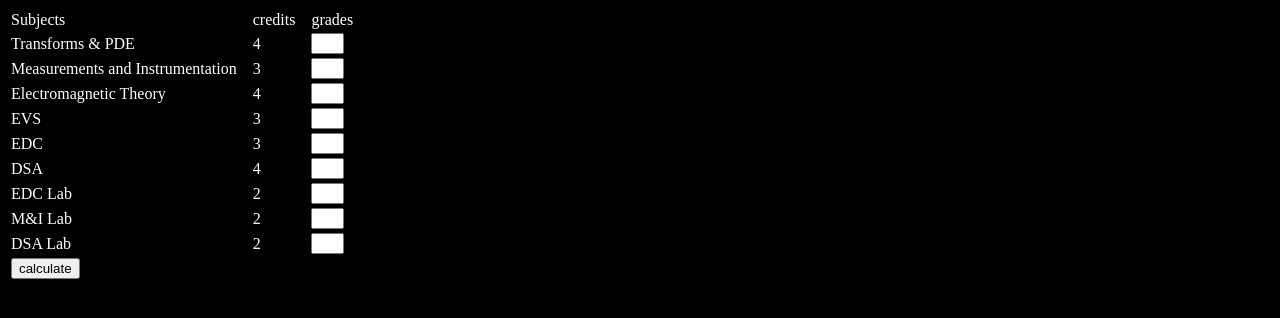
Repository: vigineshs/Mobile-Applications
Page: AnnaUniv GPA Calc/AnnaUniv GPA Calculator Updated/assets/www/eee08sem3.html
The author's editor kept a copy of each file at every save. The page is drawn from the files as they stood at one save, then again after the next save.
The browser window is 1280 px wide. The pictures show the whole page.

Above is the page before, as saved 2012-05-08 11:42:44.

### AnnaUniv GPA Calc/AnnaUniv GPA Calculator Updated/assets/www/eee08sem3.html
<!DOCTYPE HTML>
<html>
<head>
<title>GPA</title>
<script type="text/javascript" charset="utf-8" src="/AnnaUniv GPA Calculator/assets/www/cordova-1.7.0.js"></script>
<script type="text/javascript">
function f()
{
var credits=27;
var t=document.f1.t1.value;
var s1=0;
if(t == "S" || t=="s")
s1 = 10*4;
else if(t == "A" || t=="a")
s1 = 9*4;
else if(t == "B" || t=="b")
s1 = 8*4;
else if(t == "C" || t=="c")
s1 = 7*4;
else if(t == "D" || t=="d")
s1 = 6*4;
else if(t == "E" || t=="e")
s1 = 5*4;
else if(t=="U" || t=="u")
credits-=4;
else
{
window.alert("invalid grade in sub 1");
exit(0);
}

var t=document.f1.t2.value;
if(t == "S" || t=="s")
s1 += 10*3;
else if(t == "A" || t=="a")
s1 += 9*3;
else if(t == "B" || t=="b")
s1 += 8*3;
else if(t == "C" || t=="c")
s1 += 7*3;
else if(t == "D" || t=="d")
s1 += 6*3;
else if(t == "E" || t=="e")
s1 += 5*3;
else if(t=="U" || t=="u")
credits-=3;
else
{
window.alert("invalid grade in sub 2");
exit(0);
}

var t=document.f1.t3.value;
if(t == "S" || t=="s")
s1 += 10*4;
else if(t == "A" || t=="a")
s1 += 9*4;
else if(t == "B" || t=="b")
s1 += 8*4;
else if(t == "C" || t=="c")
s1 += 7*4;
else if(t == "D" || t=="d")
s1 += 6*4;
else if(t == "E" || t=="e")
s1 += 5*4;
else if(t=="U" || t=="u")
credits-=4;
else
{
window.alert("invalid grade in sub 3");
exit(0);
}

var t=document.f1.t4.value;
if(t == "S" || t=="s")
s1 += 10*3;
else if(t == "A" || t=="a")
s1 += 9*3;
else if(t == "B" || t=="b")
s1 += 8*3;
else if(t == "C" || t=="c")
s1 += 7*3;
else if(t == "D" || t=="d")
s1 += 6*3;
else if(t == "E" || t=="e")
s1 += 5*3;
else if(t=="U" || t=="u")
credits-=3;
else
{
window.alert("invalid grade in sub 4");
exit(0);
}

var t=document.f1.t5.value;
if(t == "S" || t=="s")
s1 += 10*3;
else if(t == "A" || t=="a")
s1 += 9*3;
else if(t == "B" || t=="b")
s1 += 8*3;
else if(t == "C" || t=="c")
s1 += 7*3;
else if(t == "D" || t=="d")
s1 += 6*3;
else if(t == "E" || t=="e")
s1 += 5*3;
else if(t=="U" || t=="u")
credits-=3;
else
{
window.alert("invalid grade in sub 5");
exit(0);
}

var t=document.f1.t6.value;
if(t == "S" || t=="s")
s1 += 10*4;
else if(t == "A" || t=="a")
s1 += 9*4;
else if(t == "B" || t=="b")
s1 += 8*4;
else if(t == "C" || t=="c")
s1 += 7*4;
else if(t == "D" || t=="d")
s1 += 6*4;
else if(t == "E" || t=="e")
s1 += 5*4;
else if(t=="U" || t=="u")
credits-=4;
else
{
window.alert("invalid grade in sub 6");
exit(0);
}

var t=document.f1.t7.value;
if(t == "S" || t=="s")
s1 += 10*2;
else if(t == "A" || t=="a")
s1 += 9*2;
else if(t == "B" || t=="b")
s1 += 8*2;
else if(t == "C" || t=="c")
s1 += 7*2;
else if(t == "D" || t=="d")
s1 += 6*2;
else if(t == "E" || t=="e")
s1 += 5*2;
else if(t=="U" || t=="u")
credits-=2;
else
{
window.alert("invalid grade in sub 7");
exit(0);
}

var t=document.f1.t8.value;
if(t == "S" || t=="s")
s1 += 10*2;
else if(t == "A" || t=="a")
s1 += 9*2;
else if(t == "B" || t=="b")
s1 += 8*2;
else if(t == "C" || t=="c")
s1 += 7*2;
else if(t == "D" || t=="d")
s1 += 6*2;
else if(t == "E" || t=="e")
s1 += 5*2;
else if(t=="U" || t=="u")
credits-=2;
else
{
window.alert("invalid grade in sub 8");
exit(0);
}

var t=document.f1.t9.value;
if(t == "S" || t=="s")
s1 += 10*2;
else if(t == "A" || t=="a")
s1 += 9*2;
else if(t == "B" || t=="b")
s1 += 8*2;
else if(t == "C" || t=="c")
s1 += 7*2;
else if(t == "D" || t=="d")
s1 += 6*2;
else if(t == "E" || t=="e")
s1 += 5*2;
else if(t=="U" || t=="u")
credits-=2;
else
{
window.alert("invalid grade in sub 9");
exit(0);
}

if(credits==27)
{
window.alert("Congrats!\n"+g);
}
else
window.alert(g);

}
</script>

</head>
<body style="background-color:black; color:white" >
<form name="f1">
<table>
<tr><td>Subjects</td><td>&nbsp;&nbsp;&nbsp;credits</td><td>&nbsp;&nbsp;&nbsp;grades</td>
<tr>
<td>
Transforms & PDE</td><td>&nbsp;&nbsp;&nbsp;4</td> <td>&nbsp;&nbsp;&nbsp;<input type="text" size="1" name="t1" /></td></tr>
<tr><td>Measurements and Instrumentation</td><td>&nbsp;&nbsp;&nbsp;3</td> <td>&nbsp;&nbsp;&nbsp;<input type="text" size="1" name="t2" /></td></tr>
<tr><td>Electromagnetic Theory</td><td>&nbsp;&nbsp;&nbsp;4</td><td>&nbsp;&nbsp;&nbsp;<input type="text" size="1" name="t3" /></td></tr>
<tr><td>EVS</td> <td>&nbsp;&nbsp;&nbsp;3</td><td>&nbsp;&nbsp;&nbsp;<input type="text" size="1" name="t4" /></td></tr>
<tr><td>EDC</td><td>&nbsp;&nbsp;&nbsp;3</td> <td>&nbsp;&nbsp;&nbsp;<input type="text" size="1" name="t5" /></td></tr>
<tr><td>DSA</td> <td>&nbsp;&nbsp;&nbsp;4</td><td>&nbsp;&nbsp;&nbsp;<input type="text" size="1" name="t6" /></td></tr>
<tr><td>EDC Lab</td><td>&nbsp;&nbsp;&nbsp;2</td> <td>&nbsp;&nbsp;&nbsp;<input type="text" size="1" name="t7" /></td></tr>
<tr><td>M&I Lab </td><td>&nbsp;&nbsp;&nbsp;2</td> <td>&nbsp;&nbsp;&nbsp;<input type="text" size="1" name="t8" /></td></tr>
<tr><td>  DSA Lab</td><td>&nbsp;&nbsp;&nbsp;2</td> <td>&nbsp;&nbsp;&nbsp;<input type="text" size="1" name="t9" /></td></tr>
<tr colspan="2"><td><input type="submit" onclick="f();" value="calculate" /></td></tr>

</table>
</form>
</body>
</html>

Loaded but not shown: AnnaUniv GPA Calc/AnnaUniv GPA Calculator Updated/assets/www/cordova-1.7.0.js (library)

After the next save:
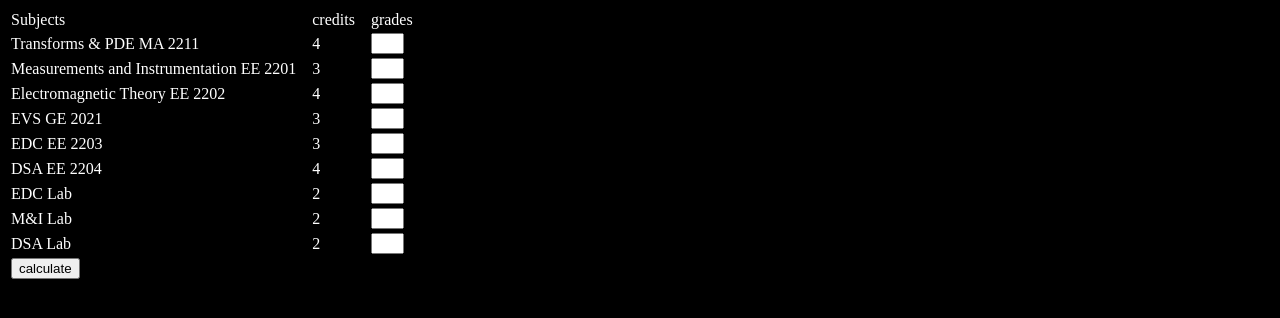
Saved 71 s later.
--- a/AnnaUniv GPA Calc/AnnaUniv GPA Calculator Updated/assets/www/eee08sem3.html
+++ b/AnnaUniv GPA Calc/AnnaUniv GPA Calculator Updated/assets/www/eee08sem3.html
@@ -214,12 +214,12 @@ window.alert(g);
 <tr><td>Subjects</td><td>&nbsp;&nbsp;&nbsp;credits</td><td>&nbsp;&nbsp;&nbsp;grades</td>
 <tr>
 <td>
-Transforms & PDE</td><td>&nbsp;&nbsp;&nbsp;4</td> <td>&nbsp;&nbsp;&nbsp;<input type="text" size="1" name="t1" /></td></tr>
-<tr><td>Measurements and Instrumentation</td><td>&nbsp;&nbsp;&nbsp;3</td> <td>&nbsp;&nbsp;&nbsp;<input type="text" size="1" name="t2" /></td></tr>
-<tr><td>Electromagnetic Theory</td><td>&nbsp;&nbsp;&nbsp;4</td><td>&nbsp;&nbsp;&nbsp;<input type="text" size="1" name="t3" /></td></tr>
-<tr><td>EVS</td> <td>&nbsp;&nbsp;&nbsp;3</td><td>&nbsp;&nbsp;&nbsp;<input type="text" size="1" name="t4" /></td></tr>
-<tr><td>EDC</td><td>&nbsp;&nbsp;&nbsp;3</td> <td>&nbsp;&nbsp;&nbsp;<input type="text" size="1" name="t5" /></td></tr>
-<tr><td>DSA</td> <td>&nbsp;&nbsp;&nbsp;4</td><td>&nbsp;&nbsp;&nbsp;<input type="text" size="1" name="t6" /></td></tr>
+Transforms & PDE MA 2211</td><td>&nbsp;&nbsp;&nbsp;4</td> <td>&nbsp;&nbsp;&nbsp;<input type="text" size="1" name="t1" /></td></tr>
+<tr><td>Measurements and Instrumentation EE 2201</td><td>&nbsp;&nbsp;&nbsp;3</td> <td>&nbsp;&nbsp;&nbsp;<input type="text" size="1" name="t2" /></td></tr>
+<tr><td>Electromagnetic Theory EE 2202</td><td>&nbsp;&nbsp;&nbsp;4</td><td>&nbsp;&nbsp;&nbsp;<input type="text" size="1" name="t3" /></td></tr>
+<tr><td>EVS GE 2021</td> <td>&nbsp;&nbsp;&nbsp;3</td><td>&nbsp;&nbsp;&nbsp;<input type="text" size="1" name="t4" /></td></tr>
+<tr><td>EDC EE 2203</td><td>&nbsp;&nbsp;&nbsp;3</td> <td>&nbsp;&nbsp;&nbsp;<input type="text" size="1" name="t5" /></td></tr>
+<tr><td>DSA EE 2204</td> <td>&nbsp;&nbsp;&nbsp;4</td><td>&nbsp;&nbsp;&nbsp;<input type="text" size="1" name="t6" /></td></tr>
 <tr><td>EDC Lab</td><td>&nbsp;&nbsp;&nbsp;2</td> <td>&nbsp;&nbsp;&nbsp;<input type="text" size="1" name="t7" /></td></tr>
 <tr><td>M&I Lab </td><td>&nbsp;&nbsp;&nbsp;2</td> <td>&nbsp;&nbsp;&nbsp;<input type="text" size="1" name="t8" /></td></tr>
 <tr><td>  DSA Lab</td><td>&nbsp;&nbsp;&nbsp;2</td> <td>&nbsp;&nbsp;&nbsp;<input type="text" size="1" name="t9" /></td></tr>
